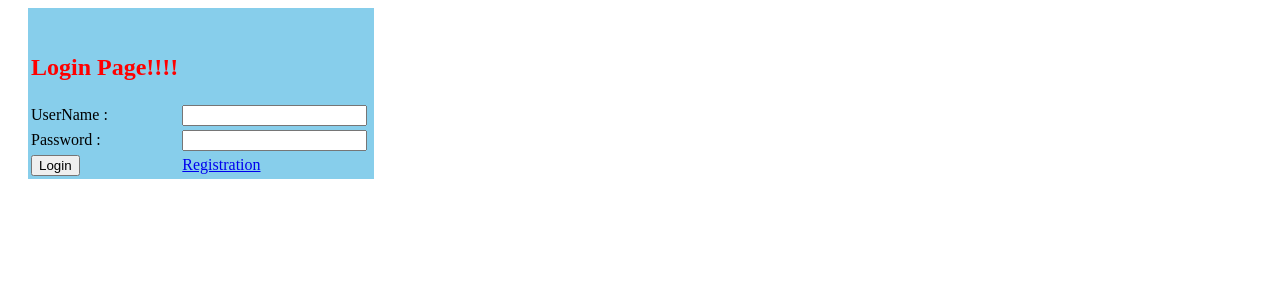
Repository: Ritesh1194/FellowshipApp
Page: http://localhost/MyLoginRegistrationProject/login.jsp
An editor plug-in stored every save of this project. The page is shown before and after the next save, followed by the edit.
The browser window is 1280 px wide. The pictures show the whole page.
The page is served by Tomcat 9. Nobody is signed in. The application's start-up code is not run. Other server files are loaded and not shown.

Above is the page before, as saved 2019-12-27 09:59:47.

### MyLoginRegistrationProject/WebContent/login.jsp
<%@ page language="java" contentType="text/html; charset=UTF-8"
	pageEncoding="UTF-8"%>
<!DOCTYPE html PUBLIC "-//W3C//DTD HTML 4.01 Transitional//EN" "http://www.w3.org/TR/html4/loose.dtd">
<html>
<head>
<meta http-equiv="Content-Type" content="text/html; charset=UTF-8">
<title>Login Page</title>
</head>
<body>
	<form action="LoginRegister" method="post">
		<table
			style="background-color: skyblue; margin-right: 20px; margin-left: 20px;">
			<tr>
				<td><h3 style="color: red;">${message}</h3>
					<h3 style="color: green;">${successMessage}</h3></td>
			</tr>
			<tr>
				<td><h2 style="color: red">Login Page!!!!</h2></td>
			</tr>
			<tr>
				<td>UserName :</td>
				<td><input type="text" name="username"></td>
			</tr>
			<tr>
				<td>Password :</td>
				<td><input type="password" name="password1"></td>
			</tr>
			<tr>
				<td><input type="submit" name="submit" value="Login"></td>
				<td><a href="register.jsp">Registration </a></td>
				<td></td>
			</tr>
		</table>
	</form>
</body>
</html>

After the next save:
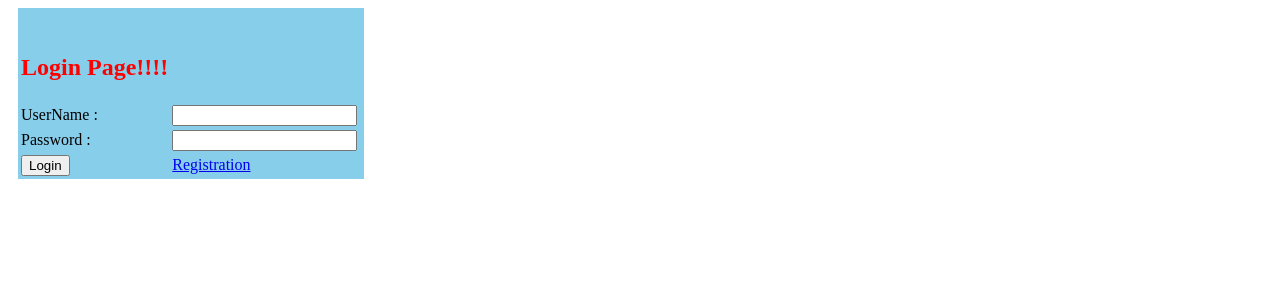
Saved 4 min 40 s later.
--- a/MyLoginRegistrationProject/WebContent/login.jsp
+++ b/MyLoginRegistrationProject/WebContent/login.jsp
@@ -9,7 +9,7 @@
 <body>
 	<form action="LoginRegister" method="post">
 		<table
-			style="background-color: skyblue; margin-right: 20px; margin-left: 20px;">
+			style="background-color: skyblue; margin-right: 10px; margin-left: 10px;">
 			<tr>
 				<td><h3 style="color: red;">${message}</h3>
 					<h3 style="color: green;">${successMessage}</h3></td>
